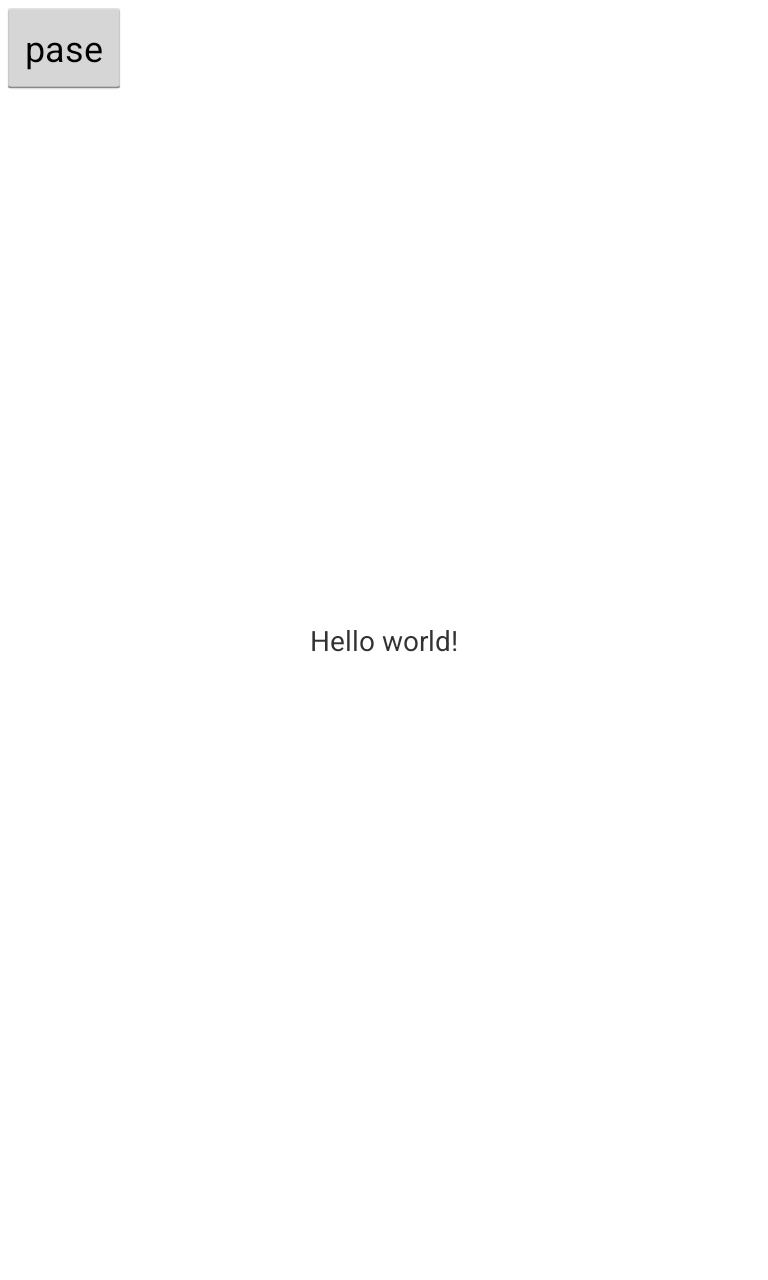
Repository: yuxiaolongwin/chemepress
Layout: workspace/test/res/layout/activity_main.xml
The author's editor kept a copy of each file at every save. The layout is drawn from the files as they stood at one save, then again after a run of saves.
It is drawn on a 768 x 1280 px phone screen (xhdpi) without system bars, with theme AppTheme; the app's code is not run.

Above is the layout before, as saved 2012-12-13 06:24:10.

After the next 2 saves:
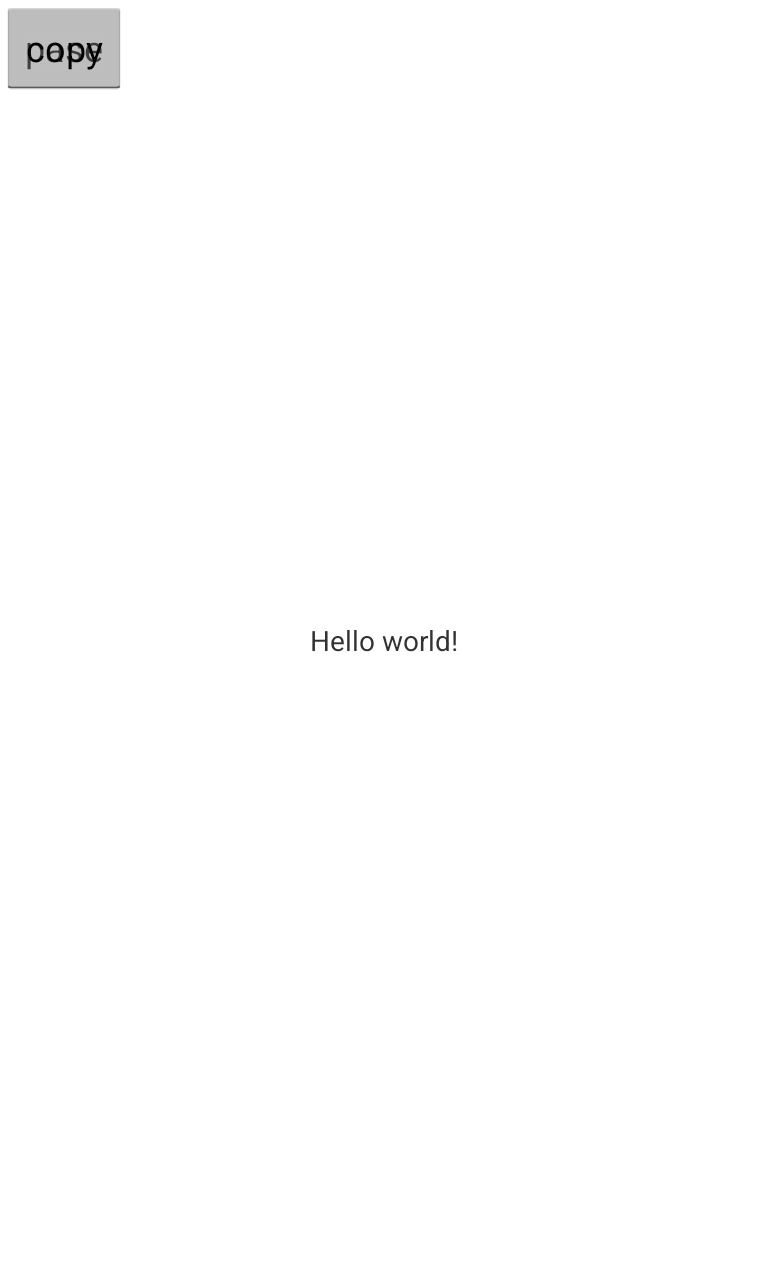
The 2 saves are shown as one change because they came seconds apart.
The last was saved 2 min 36 s later.
--- a/workspace/test/res/layout/activity_main.xml
+++ b/workspace/test/res/layout/activity_main.xml
@@ -16,6 +16,12 @@
         android:layout_height="wrap_content"
         android:text="pase" />
 
+    <Button
+        android:id="@+id/button2"
+        android:layout_width="wrap_content"
+        android:layout_height="wrap_content"
+        android:text="copy" />
+
     <TextView
         android:id="@+id/text"
         android:layout_width="wrap_content"
